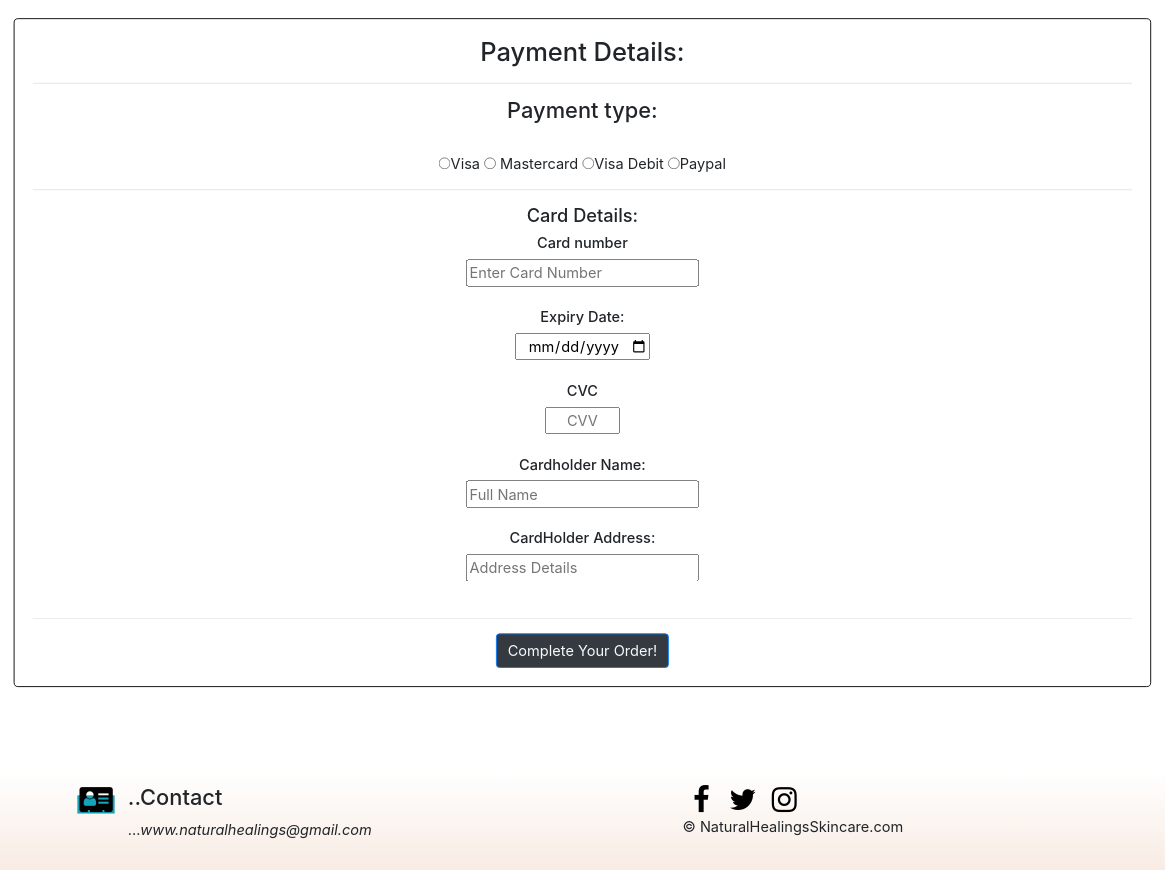
Repository: aliciarawlings/first-milestone
Page: form2.html
The author's editor kept a record of every edit. The page is drawn from the files as they stood at one moment, then again after the next edit.
The browser window is 1280 px wide. The pictures show the whole page, at 91% of full size.
Some web fonts or font styles are not loaded; a fallback is used.

Above is the page before.

After the next edit:
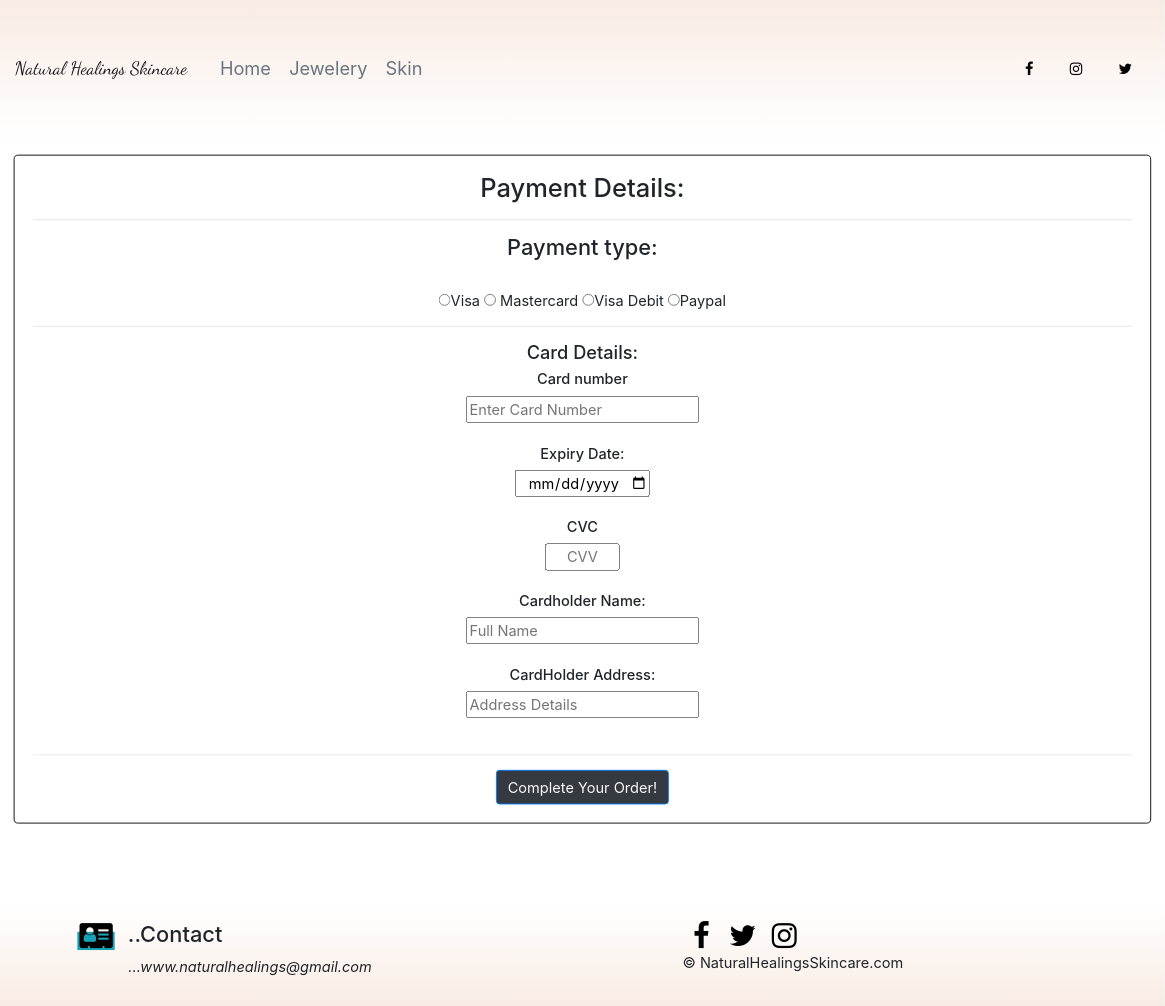
The edit:
--- a/form2.html
+++ b/form2.html
@@ -16,6 +16,36 @@
 
 </head>
 <body>
+  <nav class="navbar navbar-expand-sm navbar-light bg-light grad navfont">
+    <div class="float-sm-right">
+    <a class="navbar-brand heading" href="index.html">Natural Healings Skincare</a>
+    <button class="navbar-toggler collapsed" type="button" data-toggle="collapse" data-target="#navbarNav" aria-controls="navbarNav" aria-expanded="false" aria-label="Toggle navigation">
+      <span class="navbar-toggler-icon"></span>
+    </button>
+    </div>
+    <div class="collapse navbar-collapse d-fixed-top-d-sm-block" id="navbarNav">
+      <ul class="navbar-nav">
+        <li class="nav-item">
+          <a class="nav-brand text-muted"  href="index.html">Home</a>
+        </li>
+        <li class="nav-item">
+          <a class="nav-brand text-muted"  href="jewelery.html">Jewelery</a>
+        </li>
+        <li class="nav-item">
+          <a class="nav-brand text-muted"  href="skincare.html">Skin </a>
+
+        </li>
+      </ul>
+      <div class="container-fluid d-none d-sm-block d-none d-md-block">
+        <div class="row">
+          <div class="col">
+        </div>
+     <a class="fa fa-facebook social" href="https://www.facebook.com/naturalbeautyroomgorey/" target="_blank"></a>
+     <i class="fa fa-instagram social "></i>
+     <i class="fa fa-twitter social"></i>
+     </div>
+    </div>
+  </nav>
   <div class="container-fluid">
     <!-------NAVBAR------->
 
